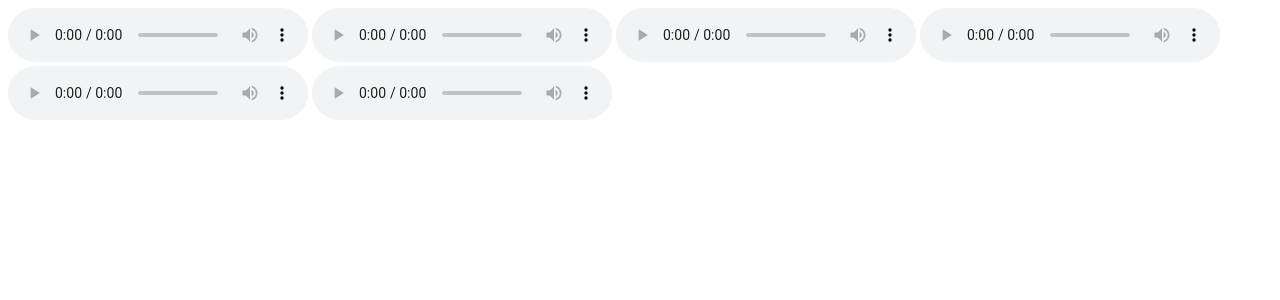
Repository: OdenthalKay/youtube-audio-downloader
Page: client/index.html
The author's editor kept a record of every edit. The page is drawn from the files as they stood at one moment, then again after the next edit.
The browser window is 1280 px wide. The pictures show the whole page.

Above is the page before.

After the next edit:
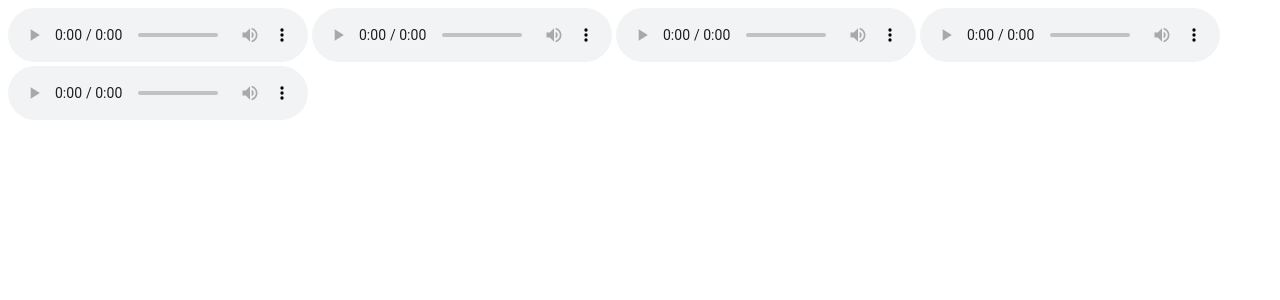
The edit:
--- a/client/index.html
+++ b/client/index.html
@@ -23,10 +23,6 @@
     <source src="../file4.mp3" type="audio/mpeg">
       Your browser does not support the audio element.
   </audio>
-    <audio controls>
-    <source src="../file2.mp3" type="audio/mpeg">
-      Your browser does not support the audio element.
-  </audio>
 
 </body>
 
